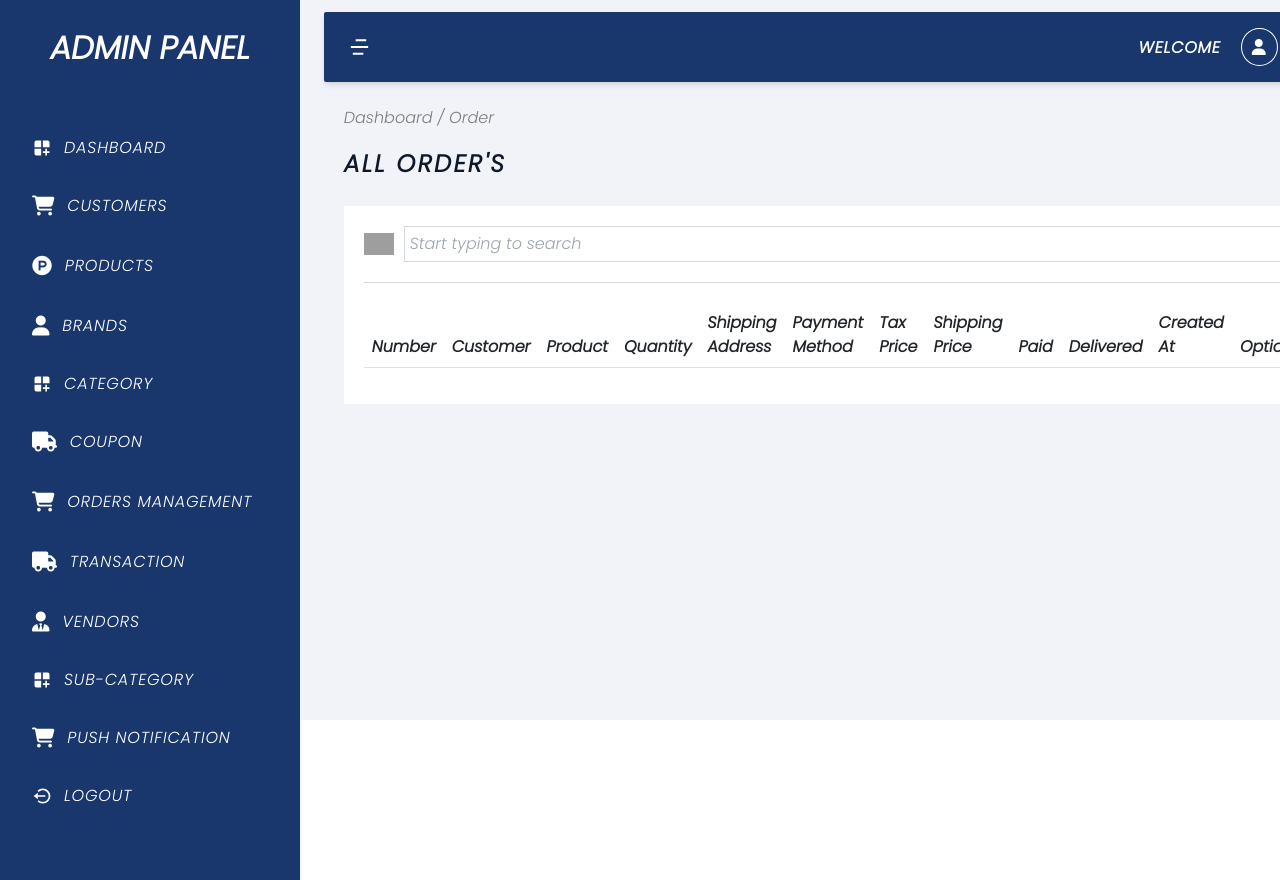
Repository: FlyweisReact/AnilAdminPanel
Page: /transation
The author's editor kept a copy of each file at every save. The page is drawn from the files as they stood at one save, then again after the next save.
The browser window is 1280 px wide. The pictures show the whole page.
Pictures or frames that could not be fetched are drawn as grey boxes. The page's requests for data from a server got no answer. Some web libraries are served in a nearby version. The project was rebuilt for these pictures with package versions that can differ from the ones it lists, and the page was loaded fresh each time. No one was signed in, and anything a server would have sent is missing. Also part of the build but not shown: src/E-CommerceAdmin/forms/Login.jsx, src/E-CommerceAdmin/pages/Dashboard.jsx, src/E-CommerceAdmin/pages/ECategory.js, src/E-CommerceAdmin/pages/EProduct.js, src/E-CommerceVendor/forms/EVendorLogin.jsx, src/E-CommerceAdmin/pages/EVendorList.js, src/E-CommerceAdmin/pages/EAdminOrders.js, src/E-CommerceAdmin/pages/EAdminProduct.js and 6 more. Imported but missing from the stored project, and not drawn on this page: src/E-CommerceVendor/pages/EVCategory, src/E-CommerceVendor/pages/EVDashboard, src/E-CommerceVendor/pages/EVOrders, src/E-CommerceVendor/pages/EVProduct, src/E-CommerceVendor/pages/EVSubCategory.

Above is the page before, as saved 2023-05-03 16:28:59.

### public/index.html
<!-- @format -->

<!DOCTYPE html>
<html lang="en">
  <head>
    <meta charset="utf-8" />
    <meta name="viewport" content="width=device-width, initial-scale=1" />
    <meta name="theme-color" content="#000000" />
    <meta
      name="description"
      content="Web site created using create-react-app"
    />
    <link rel="apple-touch-icon" href="%PUBLIC_URL%/favicon.ico?v=2" />
    <link rel="manifest" href="%PUBLIC_URL%/manifest.json" />
    <link rel="preconnect" href="https://fonts.googleapis.com">
<link rel="preconnect" href="https://fonts.gstatic.com" crossorigin>
<link href="https://fonts.googleapis.com/css2?family=Roboto+Mono:ital,wght@1,300&display=swap" rel="stylesheet">
    <title>Anil Admin Panel</title>
  </head>
  <body>
    <noscript>You need to enable JavaScript to run this app.</noscript>
    <div id="root"></div>
    <script src="https://code.jquery.com/jquery-3.6.0.min.js"></script>
    <script src="https://kit.fontawesome.com/b533b351e4.js" crossorigin="anonymous"></script>
  </body>
</html>

### src/index.js
import React from "react";
import ReactDOM from "react-dom/client";
import "./index.css";
import App from "./App";
import { BrowserRouter } from "react-router-dom";
import 'bootstrap/dist/css/bootstrap.min.css'

const root = ReactDOM.createRoot(document.getElementById("root"));
root.render(
  <React.StrictMode>
    <BrowserRouter>
      <App />
    </BrowserRouter>
  </React.StrictMode>
);

### src/index.css
/** @format */

@tailwind base;
@tailwind components;
@tailwind utilities;
@import url("https://fonts.googleapis.com/css2?family=Roboto+Mono:ital,wght@1,300&display=swap");
@font-face {
  font-family: Roboto;
  src: url("./Fonts/Poppins-LightItalic.ttf");
}
body {
  margin: 0;
  font-family: Roboto !important;
  -webkit-font-smoothing: antialiased;
  -moz-osx-font-smoothing: grayscale;
}

code {
  font-family: Roboto !important;
}

html {
  font-family: Roboto !important;
}

::-webkit-scrollbar {
  width: 10px;
}
.fa-trash {
  color: red;
  cursor: pointer;
}

.iCOn {
  transition: 0.5s;
  box-shadow: none;
  transform: scale(1);
}
.cardDiv {
  cursor: pointer;
}

.cardDiv:hover .iCOn {
  box-shadow: rgba(0, 0, 0, 0.35) 0px 5px 15px;
  transform: scale(1.3);
}

/* Track */
::-webkit-scrollbar-track {
  background: #f1f1f1;
}

/* Handle */
::-webkit-scrollbar-thumb {
  background: #888;
}

/* Handle on hover */
::-webkit-scrollbar-thumb:hover {
  background: #555;
}
.profileImage {
  width: 100px;
}
.fa-eye {
  color: #029aff;
  cursor: pointer;
}
.fa-edit {
  cursor: pointer;
  color: blue;
}

.View {
  border: 1px solid black;
  width: 100%;
  padding: 10px;
}

.main-card--container {
  display: grid;
  grid-template-columns: repeat(3, minmax(300px, 500px));
  grid-gap: 50px;
  justify-content: space-around;
}
.card-container {
  margin: 25px 0 auto;
  box-shadow: rgba(0, 0, 0, 0.35) 0px 5px 15px;
  position: relative;
  display: grid;
  grid-template-columns: 1fr;
  justify-content: space-around;
  align-items: flex-start;
}

.myEdit:focus {
  box-shadow: rgba(0, 0, 0, 0.35) 0px 5px 15px;
}

.AstroLogin {
  color: #fff;
  background-color: #2b7a8e;
  padding: 10px;
  width: 380px;
  text-align: center;
  font-size: 20px;
  background: linear-gradient(to left, #2b7a8e 50%, #fff 50%) right;
  background-size: 200%;
  transition: 0.5s ease-out;
  border: 1px solid #2b7a8e;
  margin-top: 10px;
  text-transform: uppercase;
}
.AstroLogin:hover {
  background-position: left;
  color: #2b7a8e;
}

.EcommerceAdminLogin {
  color: #fff;
  background-color: #19376d;
  padding: 10px;
  width: 380px;
  text-align: center;
  font-size: 20px;
  background: linear-gradient(to left, #19376d 50%, #fff 50%) right;
  background-size: 200%;
  transition: 0.5s ease-out;
  border: 1px solid #19376d;
  margin-top: 10px;
  text-transform: uppercase;
}

.EcommerceAdminLogin:hover {
  background-position: left;
  color: #19376d;
}
.EcommerceVendorLogin {
  color: #fff;
  background-color: #576cbc;
  padding: 10px;
  width: 380px;
  text-align: center;
  font-size: 20px;
  background: linear-gradient(to left, #576cbc 50%, #fff 50%) right;
  background-size: 200%;
  transition: 0.5s ease-out;
  border: 1px solid #576cbc;
  margin-top: 10px;
  text-transform: uppercase;
}

.EcommerceVendorLogin:hover {
  background-position: left;
  color: #576cbc;
}

.view {
  background-color: #2196f3;
  color: #fff;
  width: 50%;
  padding: 5px;
}

.two-sec {
  display: flex;
  justify-content: space-evenly;
  justify-content: space-evenly;
}
.two-sec .left {
  width: 60%;
  background-color: #f6f1ef;
  padding: 20px;
}
.two-sec .left .head {
  font-size: 25px;
  font-weight: bold;
}

.two-sec .right {
  width: 30%;
  background-color: #f6f1ef;
}

.searchDiv {
  width: 100%;
  display: flex;
  gap: 10px;
  border: 1px solid rgb(179, 179, 179);
  padding: 10px;
  margin-bottom: 20px;
  align-items: center;
}
.searchDiv input {
  width: 94%;
  outline: none;
  border: none;
}

.flexCont {
  display: flex;
  align-items: center;
  gap: 10px;
}
.flexCont img {
  width: 60px;
  background-color: #e9ecef;
}

.blockContent {
  display: block;
}
.blockContent p {
  margin: 0;
}

.checkBox {
  width: 50px;
  height: 25px;
  background-color: #e9ecef;
  border-radius: 50px;
  position: relative;
  cursor: pointer;
}
.checkBox span {
  width: 20px;
  height: 20px;
  border-radius: 100%;
  background-color: #fff;
  position: absolute;
  left: 5px;
  top: 2px;
}
.ActivecheckBox {
  width: 50px;
  height: 25px;
  background-color: #0d6efd;
  border-radius: 50px;
  position: relative;
  cursor: pointer;
}
.ActivecheckBox span {
  width: 20px;
  height: 20px;
  border-radius: 100%;
  background-color: #fff;
  position: absolute;
  right: 5px;
  top: 2px;
}

.fa-eye {
  color: #0cba73;
  background-color: #d6f8e8;
  width: 40px;
  text-align: center;
  height: 40px;
  display: flex;
  border-radius: 100%;
  justify-content: center;
  padding-top: 10px;
  transition: 0.5s;
}

.fa-pen-to-square {
  color: #f4c39c;
  background-color: #ffebdb;
  width: 40px;
  text-align: center;
  height: 40px;
  display: flex;
  border-radius: 100%;
  justify-content: center;
  padding-top: 10px;
  cursor: pointer;
  transition: 0.5s;
}
.fa-trash {
  color: #df939f;
  background-color: #ffe1e8;
  width: 40px;
  text-align: center;
  height: 40px;
  display: flex;
  border-radius: 100%;
  justify-content: center;
  padding-top: 10px;
  cursor: pointer;
  transition: 0.5s;
}
.fa-trash:hover {
  transform: scale(1.2);
}
.fa-eye:hover {
  transform: scale(1.2);
}
.fa-pen-to-square:hover {
  transform: scale(1.2);
}
.required {
  color: #e74260;
}

.headP {
  margin-left: 2%;
  color: #7b7c7d;
}
.filterBox {
  display: flex;
  align-items: center;
  gap: 10px;
  border-bottom: 1px solid #d4d7dc;
  padding-bottom: 20px;
  margin-bottom: 20px;
}
.filterBox img {
  width: 30px;
}
.filterBox input {
  width: 100%;
  border: 1px solid #d4d7dc;
  outline: none;
  padding: 5px;
  color: black;
}
.sectionCont {
  width: 98%;
  background-color: #fff;
  margin-left: 2%;
  padding: 20px;
}

.overFlowCont {
  width: 100%;
  overflow-x: auto;
}

.UserProfile {
  border: 1px solid #fff;
  padding: 10px;
  border-radius: 100%;
  transition: 0.5s;
  margin-left: 20px;
  cursor: pointer;
}

.UserProfile:hover {
  background-color: #fff;
  color: #000;
}

.submitBtn{
  border-radius: 0 !important;
  background-color: #19376d !important  ;

}

.pagination{
display: flex;
justify-content: center;
align-items: center;
gap: 10px;
margin-bottom: 20px;
}
.pagination button{
  border: 1px solid black;
  /* height: 50px;
  width: 50px; */
  padding: 10px;
}

.active{
  background-color: #029aff;
  color: #fff;
  border: 1px solid #029aff  !important;
}

### src/App.js
/** @format */

import { Routes, Route } from "react-router-dom";
import { ToastContainer } from "react-toastify";
import "react-toastify/dist/ReactToastify.css";
import Login from "./E-CommerceAdmin/forms/Login";
import Dashboard from "./E-CommerceAdmin/pages/Dashboard";
import ECategory from "./E-CommerceAdmin/pages/ECategory";
import EProduct from "./E-CommerceAdmin/pages/EProduct";
import EVendorLogin from "./E-CommerceVendor/forms/EVendorLogin";
import EVDashboard from "./E-CommerceVendor/pages/EVDashboard";
import EVCategory from "./E-CommerceVendor/pages/EVCategory";
import EVProduct from "./E-CommerceVendor/pages/EVProduct";
import EVendorList from "./E-CommerceAdmin/pages/EVendorList";
import EAdminOrders from "./E-CommerceAdmin/pages/EAdminOrders";
import EAdminProduct from "./E-CommerceAdmin/pages/EAdminProduct";
import EAdminDelivery from "./E-CommerceAdmin/pages/EAdminDelivery";
import EAdminCustomer from "./E-CommerceAdmin/pages/EAdminCustomer";
import EAdmin from "./E-CommerceAdmin/pages/EAdmin";
import ESubCategory from "./E-CommerceAdmin/pages/ESubCategory";
import ESingleProduct from "./E-CommerceAdmin/pages/ESingleProduct";
import EVSubCategory from "./E-CommerceVendor/pages/EVSubCategory";
import EVOrders from "./E-CommerceVendor/pages/EVOrders";
import PushNotification from './E-CommerceAdmin/pages/PushNotification'
import Transaction from "./E-CommerceAdmin/pages/Transaction";

function App() {
  return (
    <>
      <ToastContainer />

      <Routes>
          <Route path="/" element={<Login />} />
          <Route path="/notification" element={<PushNotification />} />
        <Route path="/E-Commerce/Product" element={<EProduct />} />
          <Route path="/Customer" element={<EAdminCustomer />} />
        <Route path="/E-Commerce/Category" element={<ECategory />} />
          <Route path="/E-Commerce/Admin" element={<EAdmin />} />
          <Route path="/E-Commerce/Admin/Delivery" element={<EAdminDelivery />} />

        <Route path="/E-Commerce/dashboard" element={<Dashboard />} />
        <Route path="/E-Commerce/VendorList" element={<EVendorList />} />

      <Route path="/transation" element={<Transaction />} />


        <Route path="/E-commerce/Admin/Orders" element={<EAdminOrders />} />
        <Route
          path="/E-Commerce/Admin/Product/:id"
          element={<EAdminProduct />}
        />
        <Route path="/E-Commerce/Admin/subCat" element={<ESubCategory />} />
        <Route
          path="/E-Commerce/Admin/Sproduct/:id"
          element={<ESingleProduct />}
        />
        <Route path="/E-Commerce/vendor/login" element={<EVendorLogin />} />
        <Route path="/E-Commerce/vendor/dashboard" element={<EVDashboard />} />
        <Route path="/E-Commerce/vendor/category" element={<EVCategory />} />
        <Route path="/E-Commerce/vendor/product" element={<EVProduct />} />
        <Route
          path="/E-Commerce/vendor/subCategory"
          element={<EVSubCategory />}
        />
        <Route path="/E-Commerce/vendor/order" element={<EVOrders />} />
      </Routes>
    </>
  );
}

export default App;

### src/E-CommerceAdmin/pages/Transaction.js
/** @format */

import axios from "axios";
import React, { useEffect, useState } from "react";
import { Badge , Table } from "react-bootstrap";
import HOC from "../layout/HOC";

const Transaction = () => {
  const [data, setData] = useState([]);

  const fetchData = async () => {
    try {
      const { data } = await axios.get(
        " https://xw9mf13nwl.execute-api.ap-south-1.amazonaws.com/dev/api/v1/payments"
      );
      setData(data);
    } catch (e) {
      console.log(e);
    }
  };

  useEffect(() => {
    fetchData();
  }, []);

  return (
    <>
      <section>
        <p className="headP">Dashboard / Order</p>

        <div
          className="pb-4 sticky top-0  w-full flex justify-between items-center"
          style={{ width: "98%", marginLeft: "2%" }}
        >
          <span
            className="tracking-widest text-slate-900 font-semibold uppercase"
            style={{ fontSize: "1.5rem" }}
          >
            All Order's
          </span>
        </div>
        <section className="sectionCont">
          <div className="filterBox">
            <img
              src="https://t4.ftcdn.net/jpg/01/41/97/61/360_F_141976137_kQrdYIvfn3e0RT1EWbZOmQciOKLMgCwG.jpg"
              alt=""
            />
            <input type="search" placeholder="Start typing to search" />
          </div>

          <div className="overFlowCont">
            <Table>
              <thead>
                <tr>
                  <th>Number</th>
                  <th>Customer</th>
                  <th>Product</th>
                  <th>Quantity</th>
                  <th>Shipping Address</th>
                  <th>Payment Method</th>
                  <th>Tax Price</th>
                  <th> Shipping Price </th>
                  <th> Paid </th>
                  <th> Delivered </th>
                  <th> Created At </th>
                  <th>Options</th>
                </tr>
              </thead>
              <tbody>
                {data?.data?.map((i, index) => (
                  <tr key={index}>
                    <td> #{index + 1} </td>
                    <td> {i.userId} </td>
                    <td> {i.order} </td>
                    <td> {i.paymentMethod} </td>
                    <td> {i.payment_Id} </td>
                    <td> {i.receipt} </td>
                    <td> {i.amount} </td>
                    <td> {i.createdAt?.slice(0, 10)} </td>
                    <td>
                      {" "}
                      {i.status === "success" ? (
                        <Badge bg="success">Success</Badge>
                      ) : (
                        <Badge bg="danger">Cancel</Badge>
                      )}{" "}
                    </td>
                  </tr>
                ))}
              </tbody>
            </Table>
          </div>
        </section>
      </section>
    </>
  );
};

export default HOC(Transaction);

### src/E-CommerceAdmin/layout/HOC.jsx
/** @format */

import React, { useState } from "react";
import Navbar from "./Navbar";
import Sidebar from "./Sidebar";

const HOC = (Wcomponenet) => {
  return function Component() {
    const [hamb, setHamb] = useState(false);
    return (
      <>
        <section className="flex overflow-x-hidden relative ">
          {/* Sidebar */}
          <div
            className={
              hamb
                ? " absolute top-0 z-30 md:w-auto shadow-md bg-slate-200  w-60 transition-all md:-left-full left duration-150  h-auto overflow-y-auto  left-0 "
                : " md:w-72 z-30 bg-slate-200  shadow-md  md:static absolute top-0 -left-full   transition-all duration-150  overflow-y-auto h-auto"
            }
            style={{ minWidth: "300px" }}
          >
            <Sidebar hamb={hamb} setHamb={setHamb} />
          </div>
          {/* Components & Navbar */}
          <div
            className={
              hamb
                ? " transition-all px-4 py-2  duration-150 w-full h-screen"
                : " w-full h-screen  px-4 py-2   z-50 transition-all duration-150 "
            }
            style={{backgroundColor : '#f2f3f8'}}
          >
            <Navbar hamb={hamb} setHamb={setHamb} />
            <div className="my-6 text-#000 h-[87%] wcomp overflow-y-auto">
              {" "}
              <Wcomponenet />
            </div>
          </div>
        </section>
      </>
    );
  };
};

export default HOC;

### src/E-CommerceAdmin/layout/Navbar.jsx
/** @format */

import { useState } from "react";
import { RiMenu4Line } from "react-icons/ri";
import { ProfileUpdate } from "../Modals/Modals";

const Navbar = ({ hamb, setHamb }) => {
  const [openProfile, setOpenProfile] = useState(false);

  return (
    <>
      <ProfileUpdate show={openProfile} onHide={() => setOpenProfile(false)} />

      <div
        className={
          hamb
            ? "flex  w-full justify-between  my-1 rounded-sm  p-4 py-3 shadow-md items-center  bg-slate-200 space-x-4"
            : "flex  w-full justify-between my-1 rounded-sm  p-4 py-3 shadow-md items-center  bg-slate-200 space-x-4"
        }
        style={{ backgroundColor: "#19376d" }}
      >
        <RiMenu4Line
          onClick={() => setHamb(!hamb)}
          className="text-2xl font-bold text-gray-900 hover:scale-90 cursor-pointer"
          style={{ color: "#fff" }}
        />

        <section className="flex sm:ml-auto justify-end sm:w-full items-center space-x-2  pr-2">
          <figcaption className="tracking-wider pl-1 font-semibold">
            <div
              className="lg:text-base text-sm text-gray-900  uppercase"
              style={{ color: "#fff" }}
            >
              Welcome
              <i
                className="fa-solid fa-user UserProfile"
                onClick={() => setOpenProfile(!openProfile)}
              ></i>
            </div>
          </figcaption>
        </section>
      </div>
    </>
  );
};

export default Navbar;

### src/E-CommerceAdmin/layout/Sidebar.jsx
/** @format */

import React from "react";
import { RiCloseLine } from "react-icons/ri";
import { Link, useNavigate } from "react-router-dom";
import { BiLogOutCircle } from "react-icons/bi";
import { MdDashboardCustomize } from "react-icons/md";

const Sidebar = ({ hamb, setHamb }) => {
  const navigate = useNavigate();

  const nav = [
    {
      icon: <MdDashboardCustomize className="text-xl mr-3 rounded-full " />,
      link: "/E-Commerce/dashboard",
      name: "Dashboard",
    },

    {
      icon: (
        <i className="fa-solid fa-cart-shopping text-xl mr-3 rounded-full"></i>
      ),
      link: "/Customer",
      name: "Customers",
    },

    {
      icon: (
        <i className="fa-brands fa-product-hunt text-xl mr-3 rounded-full"></i>
      ),
      link: "/E-Commerce/Product",
      name: "Products",
    },

    {
      icon: <i class="fa-solid fa-user text-xl mr-3 rounded-full"></i>,
      link: "/E-Commerce/Admin",
      name: "Brands",
    },
    {
      icon: <MdDashboardCustomize className="text-xl mr-3 rounded-full " />,
      link: "/E-Commerce/Category",
      name: "Category",
    },
    {
      icon: <i class="fa-solid fa-truck  text-xl mr-3 rounded-full"></i>,
      link: "/E-Commerce/Admin/Delivery",
      name: "Coupon",
    },

    {
      icon: (
        <i className="fa-solid fa-cart-shopping text-xl mr-3 rounded-full"></i>
      ),
      link: "/E-commerce/Admin/Orders",
      name: "Orders Management",
    },
    {
      icon: <i class="fa-solid fa-truck  text-xl mr-3 rounded-full"></i>,
      link: "/transation",
      name: "Transaction",
    },

    {
      icon: <i class="fa-solid fa-user-tie text-xl mr-3 rounded-full"></i>,
      link: "/E-Commerce/VendorList",
      name: "Vendors",
    },




    {
      icon: <MdDashboardCustomize className="text-xl mr-3 rounded-full " />,
      link: "/E-Commerce/Admin/subCat",
      name: "Sub-Category",
    },


    {
      icon: (
        <i className="fa-solid fa-cart-shopping text-xl mr-3 rounded-full"></i>
      ),
      link: "/notification",
      name: "Push Notification",
    },
  ];

  const logOut = () => {
    navigate("/");
  };

  return (
    <>
      <aside
        className="p-4 h-auto"
        style={{ backgroundColor: "#19376d", minHeight: "100vh" }}
      >
        {/* Top */}
        <div className="w-full md:hidden relative  p-2 mb-4">
          <RiCloseLine
            onClick={() => setHamb(!hamb)}
            className="text-3xl  absolute top-2 sm:hover:rotate-[228deg] transition-transform font-bold right-2 sm:hover:text-[22px] text-[rgb(241,146,46)] cursor-pointer"
          />
        </div>{" "}
        <figure className="flex  flex-col items-center">
          <span
            className="font-bold text-[#fff]"
            style={{
              fontSize: "2rem",
              textAlign: "center",
              textTransform: "uppercase",
            }}
          >
             ADMIN PANEL
          </span>
        </figure>
        <nav className="py-6">
          {nav.map((nav) => {
            return (
              <Link
                to={nav.link}
                key={nav.name}
                className=""
                style={{ textDecoration: "none", textTransform: "uppercase" }}
              >
                <span
                  className="flex my-3 items-center cursor-pointer text-gray-900    tracking-wider p-2 rounded-sm"
                  style={{ color: "#FFF" }}
                >
                  {nav.icon} {nav.name}
                </span>
              </Link>
            );
          })}
          <span
            className="flex my-3 items-center cursor-pointer text-gray-900    tracking-wider p-2 rounded-sm"
            onClick={() => logOut()}
            style={{ color: "#FFF", textTransform: "uppercase" }}
          >
            <BiLogOutCircle className="text-xl mr-3 rounded-full " /> LogOut
          </span>
        </nav>
      </aside>
    </>
  );
};

export default Sidebar;

### src/E-CommerceAdmin/Modals/Modals.js
/** @format */

import { Button, Form, Modal } from "react-bootstrap";

export function ProfileUpdate(props) {
  return (
    <Modal
      {...props}
      size="lg"
      aria-labelledby="contained-modal-title-vcenter"
      centered
    >
      <Modal.Header closeButton>
        <Modal.Title id="contained-modal-title-vcenter">
          Update Profile
        </Modal.Title>
      </Modal.Header>
      <Modal.Body>
        <Form>
          <Form.Group className="mb-3">
            <Form.Label>Name</Form.Label>
            <Form.Control type="text" />
          </Form.Group>
          <Form.Group className="mb-3">
            <Form.Label>Email</Form.Label>
            <Form.Control type="email" />
          </Form.Group>
          <Form.Group className="mb-3">
            <Form.Label>Phone Number</Form.Label>
            <Form.Control type="tel" pattern="[0-9]{10}" />
          </Form.Group>
          <Form.Group className="mb-3">
            <Form.Label>Password</Form.Label>
            <Form.Control type="password" />
          </Form.Group>
          <Button className="submitBtn" >Submit</Button>
        </Form>
      </Modal.Body>
      <Modal.Footer></Modal.Footer>
    </Modal>
  );
}

Loaded but not shown: tailwind.config.js (common file)

After the next save:
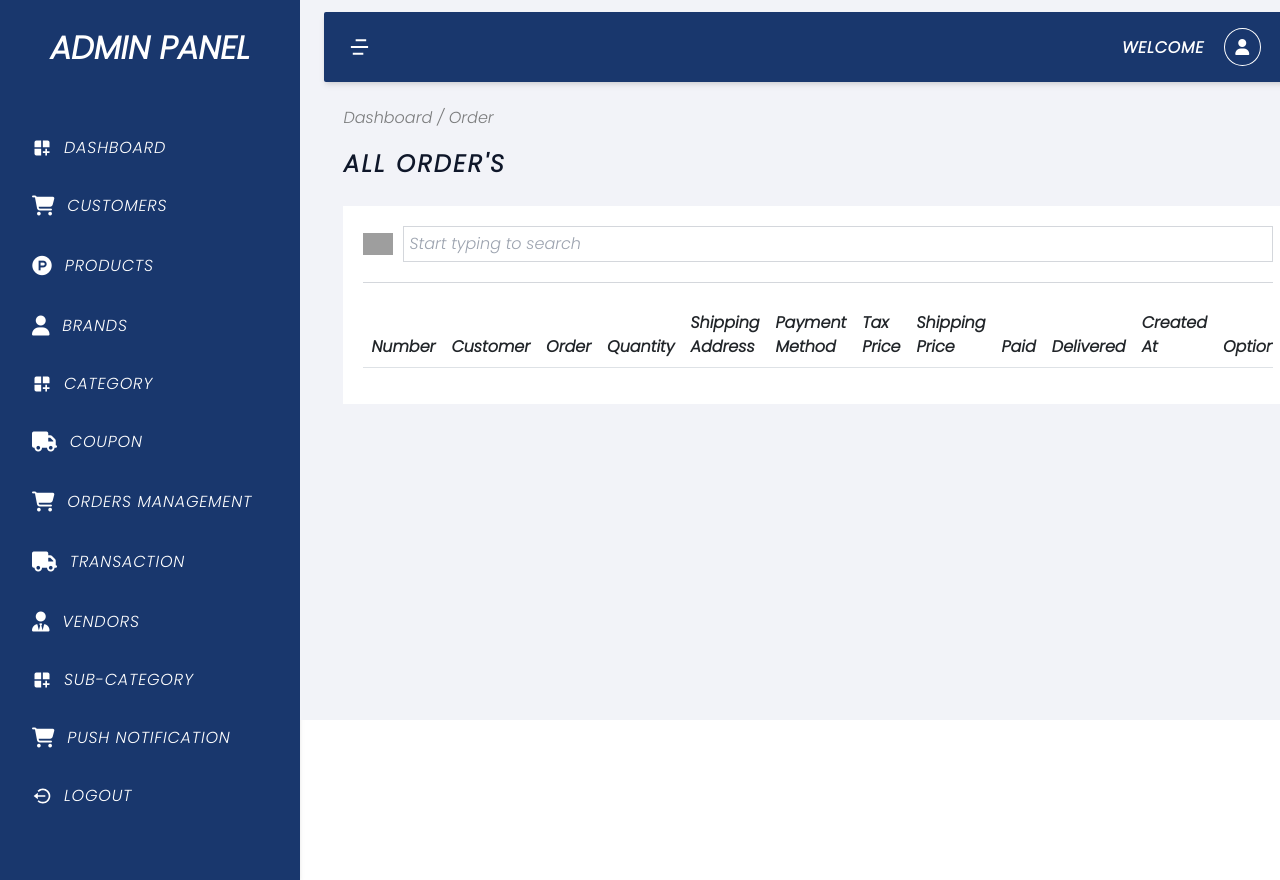
Saved 40 s later.
--- a/src/E-CommerceAdmin/pages/Transaction.js
+++ b/src/E-CommerceAdmin/pages/Transaction.js
@@ -54,7 +54,7 @@ const Transaction = () => {
                 <tr>
                   <th>Number</th>
                   <th>Customer</th>
-                  <th>Product</th>
+                  <th>Order</th>
                   <th>Quantity</th>
                   <th>Shipping Address</th>
                   <th>Payment Method</th>
